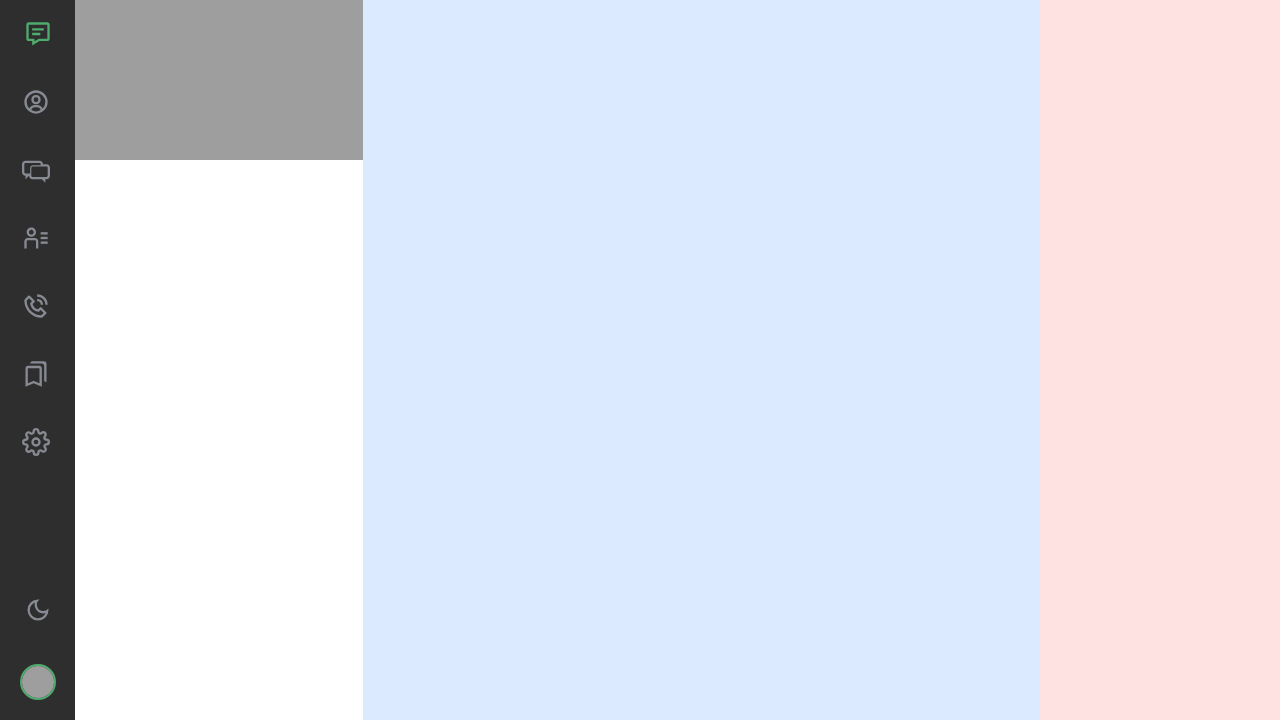
Repository: satya-ranjon/Chat-app
Page: /
An editor plug-in stored every save of this project. The page is shown before and after the next save, followed by the edit.
The browser window is 1280 px wide. The pictures show the whole page.
Pictures or frames that could not be fetched are drawn as grey boxes. The project was rebuilt for these pictures with package versions that can differ from the ones it lists, and the page was loaded fresh each time.

Above is the page before, as saved 2022-03-31 03:16:36.

### src/index.js
import * as ReactDOMClient from "react-dom/client";
import "./index.css";
import App from "./App";

const root = ReactDOMClient.createRoot(document.getElementById("root"));
root.render(<App />);

### src/App.jsx
import React from "react";
// import Chats from "./components/Chats/Chats";
import MyProfile from "./components/MyProfile/MyProfile";
import SideBarManu from "./components/SideBarManu";
import UserChat from "./components/UserChat";
import UserProfileSidebar from "./components/UserProfileSidebar";

export default function App() {
  return (
    <div className="flex">
      <SideBarManu />
      {/* <Chats /> */}
      <MyProfile />
      <UserChat />
      <UserProfileSidebar />
    </div>
  );
}

### src/components/MyProfile/MyProfile.jsx
import React from "react";
import UserImage from "../UserImage";
const Image =
  "https://img.freepik.com/free-photo/interior-wall-mockup-green-wall-wooden-cabinet-3d-rendering_41470-3959.jpg?w=996";

export default function MyProfile() {
  return (
    <div className="w-72 h-screen ">
      <div className="relative">
        <img src={Image} alt={Image} className="w-full h-40" />
        <UserImage className="w-14 h-14 rounded-full absolute  inset-y-0" />
      </div>
    </div>
  );
}

### src/components/SideBarManu.jsx
import React, { useState } from "react";
import { BiMessageDetail, BiUserCircle, BiPhoneCall } from "react-icons/bi";
import { TiMessages } from "react-icons/ti";
import { CgUserList } from "react-icons/cg";

import {
  MdOutlineBookmarks,
  MdOutlineDarkMode,
  MdOutlineLightMode,
} from "react-icons/md";
import { FiSettings } from "react-icons/fi";
import UserImage from "./UserImage";

export default function SideBarManu() {
  const [toggle, setToggle] = useState(true);
  return (
    <div className="w-[75px] h-screen bg-[#2e2e2e] flex flex-col justify-between">
      <div className="flex flex-col">
        <BiMessageDetail
          color="#4eac6d"
          className="text-center  m-5 cursor-pointer mx-auto "
          size={28}
        />
        <div
          className={` ${
            toggle ? `border-[#2e2e2e]` : `border-[#4eac6d]`
          } border-r-4 transition-all duration-200  `}
          onClick={() => setToggle((prev) => !prev)}
        >
          <BiUserCircle
            color={toggle ? `#878a92` : `#4eac6d`}
            className="text-center  m-5 cursor-pointer mx-auto   "
            size={28}
          />
        </div>
        <div className="border-r-4 border-[#2e2e2e] transition-all duration-200 ">
          <TiMessages
            color="#878a92"
            className="text-center  m-5 cursor-pointer mx-auto"
            size={28}
          />
        </div>
        <div className="border-r-4 border-[#2e2e2e] transition-all duration-200 ">
          <CgUserList
            color="#878a92"
            className="text-center  m-5 cursor-pointer mx-auto"
            size={28}
          />
        </div>
        <div className="border-r-4 border-[#2e2e2e] transition-all duration-200 ">
          <BiPhoneCall
            color="#878a92"
            className="text-center  m-5 cursor-pointer mx-auto"
            size={28}
          />
        </div>
        <div className="border-r-4 border-[#2e2e2e] transition-all duration-200 ">
          <MdOutlineBookmarks
            color="#878a92"
            className="text-center  m-5 cursor-pointer mx-auto"
            size={28}
          />
        </div>
        <div className="border-r-4 border-[#2e2e2e] transition-all duration-200 ">
          <FiSettings
            color="#878a92"
            className="text-center  m-5 cursor-pointer mx-auto"
            size={28}
          />
        </div>
      </div>
      <div className="flex flex-col">
        <MdOutlineDarkMode
          color="#878a92"
          className="text-center  m-5 cursor-pointer mx-auto"
          size={28}
        />
        {/* <MdOutlineLightMode
          color="#878a92"
          className="text-center  m-5 cursor-pointer mx-auto"
          size={28}
        /> */}
        <UserImage className="w-9 h-9 rounded-full mx-auto  m-5 border-2 border-[#4eac6d]" />
      </div>
    </div>
  );
}

### src/components/UserChat.jsx
import React from "react";

export default function UserChat() {
  return <div className="flex-grow h-screen bg-blue-100"></div>;
}

### src/components/UserProfileSidebar.jsx
import React from "react";

export default function UserProfileSidebar() {
  return <div className="w-60 h-screen bg-red-100"></div>;
}

### src/components/UserImage.jsx
import React from "react";

export default function UserImage({ className }) {
  return (
    <img
      className={className}
      src="https://media.istockphoto.com/photos/smiling-man-outdoors-in-the-city-picture-id1179420343"
      alt="profile pic"
    />
  );
}

Loaded but not shown: public/index.html (common file); src/index.css (common file); tailwind.config.js (common file)

After the next save:
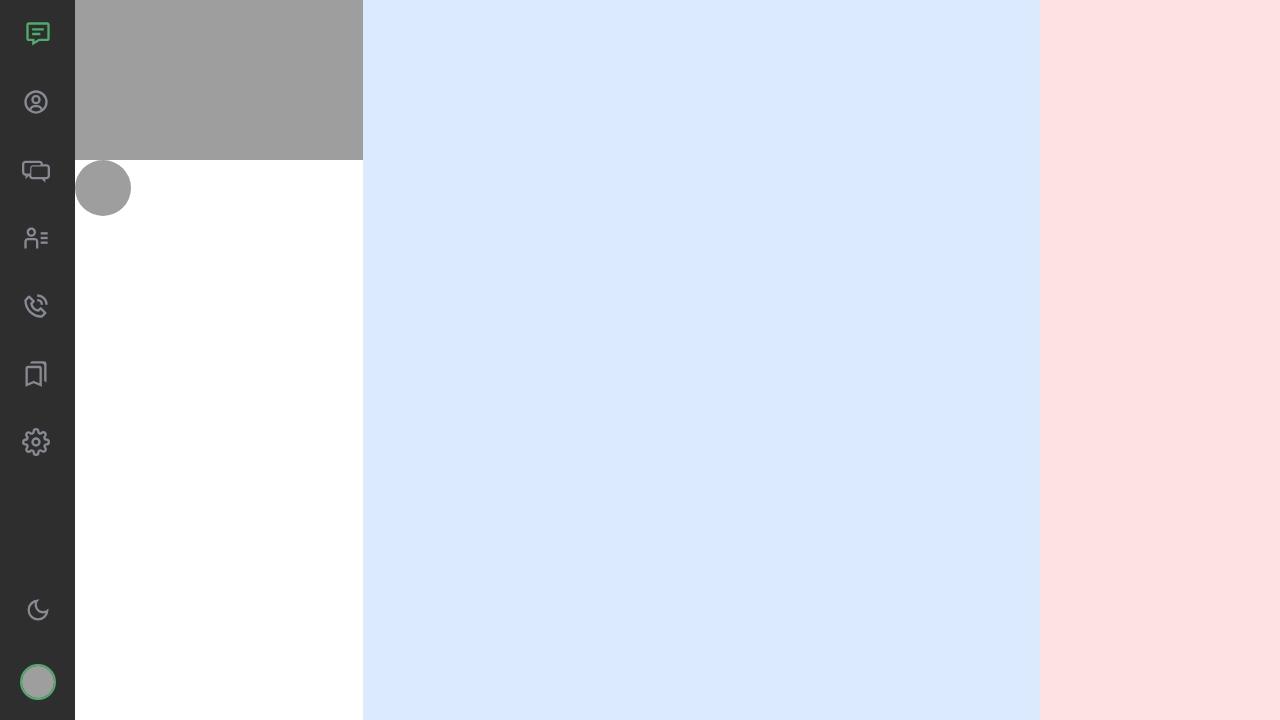
Saved 9 s later.
--- a/src/components/MyProfile/MyProfile.jsx
+++ b/src/components/MyProfile/MyProfile.jsx
@@ -8,7 +8,7 @@
     <div className="w-72 h-screen ">
       <div className="relative">
         <img src={Image} alt={Image} className="w-full h-40" />
-        <UserImage className="w-14 h-14 rounded-full absolute  inset-y-0" />
+        <UserImage className="w-14 h-14 rounded-full absolute  inset-x-0" />
       </div>
     </div>
   );

After the save that followed:
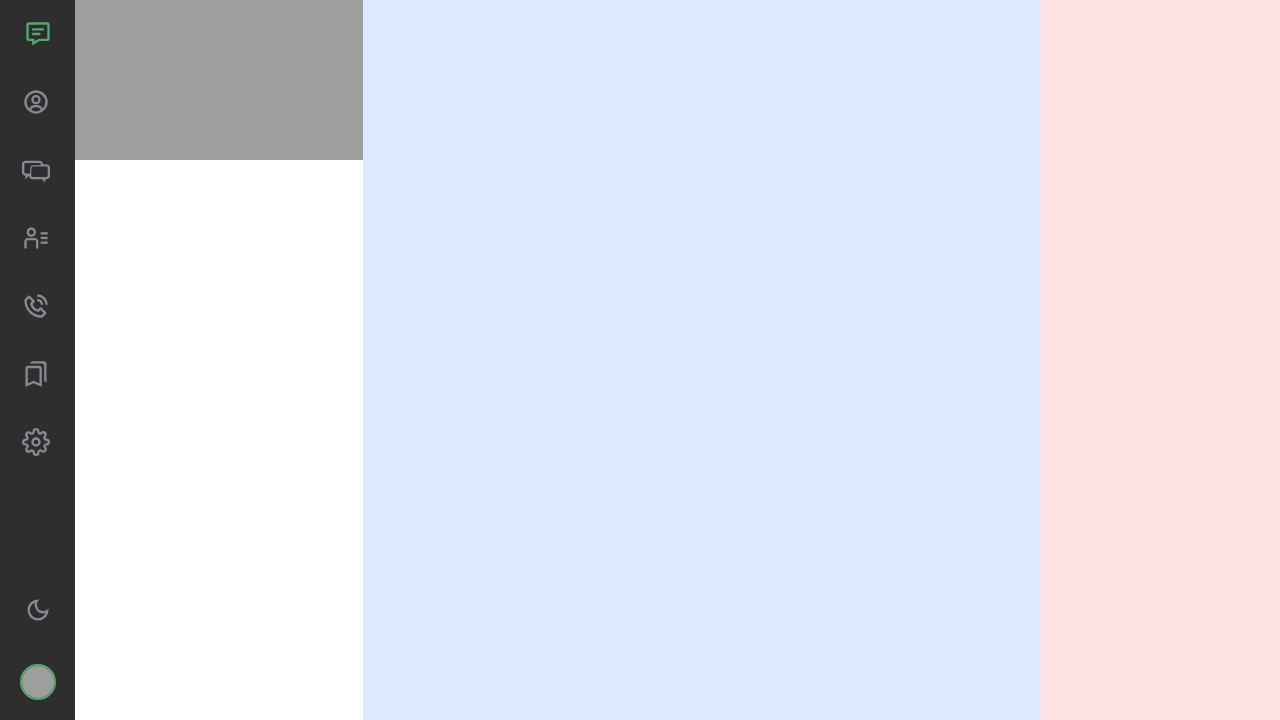
Saved 59 s later.
--- a/src/components/MyProfile/MyProfile.jsx
+++ b/src/components/MyProfile/MyProfile.jsx
@@ -8,7 +8,7 @@
     <div className="w-72 h-screen ">
       <div className="relative">
         <img src={Image} alt={Image} className="w-full h-40" />
-        <UserImage className="w-14 h-14 rounded-full absolute  inset-x-0" />
+        <UserImage className="w-14 h-14 rounded-full absolute  -bottom-0 right-0" />
       </div>
     </div>
   );
